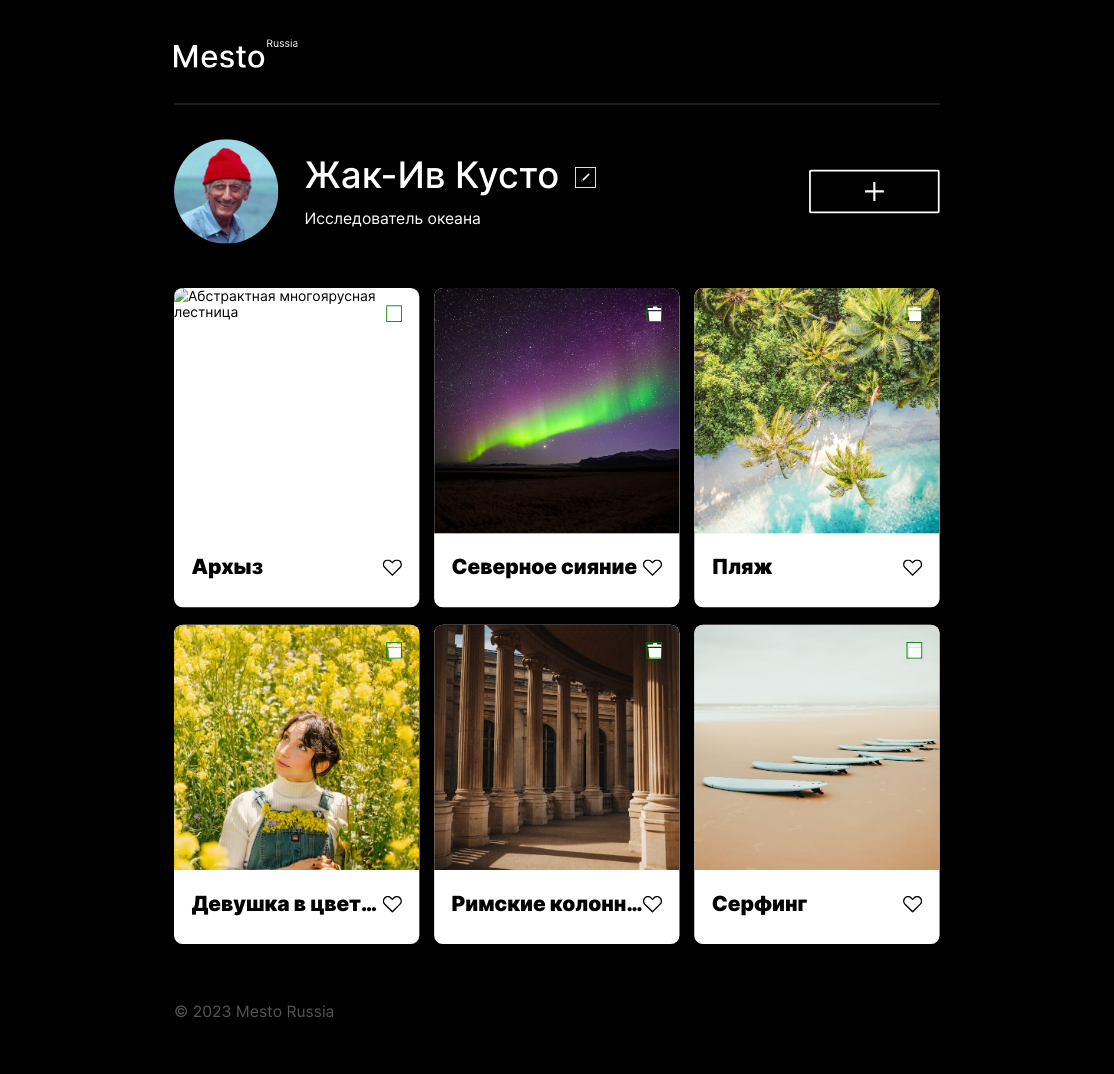
Repository: Dmitry-Rusinov/mesto
Page: index.html
The author's editor kept a copy of each file at every save. The page is drawn from the files as they stood at one save, then again after the next save.
The browser window is 1280 px wide. The pictures show the whole page, at 87% of full size.
Pictures or frames that could not be fetched are drawn as grey boxes.

Above is the page before, as saved 2023-05-12 14:03:59.

### index.html
<!DOCTYPE html>
<html lang="ru">
  <head>
    <meta charset="UTF-8" />
    <meta name="viewport" content="width=device-width, initial-scale=1.0" />
    <link rel="stylesheet" href="./pages/index.css" />
    <title>Третий проект Яндекс.Практикум "Место"</title>
  </head>
  <body class="page">
    <div class="content">
      <header class="header">
        <img
          src="./images/logo.svg"
          alt="Логотип проекта Место.Россия"
          class="header__logo"
        />
      </header>
      <main>
        <section class="profile">
          <img
            src="./images/image.jpg"
            alt="Фотография пользователя"
            class="profile__avatar"
          />
          <div class="profile__info">
            <h1 class="profile__info-title">Жак-Ив Кусто</h1>
            <button
              type="button"
              title="Кнопка редактирования профиля"
              class="profile__edit-button"
            ></button>
            <p class="profile__subtitle">Исследователь океана</p>
          </div>
          <button
            type="button"
            title="Кнопка добавления фото-карточки"
            class="profile__add-button"
          ></button>
        </section>
        <section class="elements">
          <ul class="elements__card">
            <li class="elements__card-content">
              <img
                src="./images/andrea-de-santis-Hu1ixxtInvs-unsplash.jpg"
                alt="Абстрактная многоярусная лестница"
                class="elements__picture"
              />
              <button type="button" title="Кнопка удаления карточки" class="elements__button-delete"></button>
              <div class="elements__description">
                <div class="elements__container">
                  <h2 class="elements__title">Лестница</h2>
                  <button
                    type="button"
                    title="Кнопка лайка картинки"
                    class="elements__button-like"
                  ></button>
                </div>
              </div>
            </li>
            <li class="elements__card-content">
              <img
                src="./images/david-becker-pEqvRg-o-PY-unsplash.jpg"
                alt="Северное сияние"
                class="elements__picture"
              />
              <button type="button" title="Кнопка удаления карточки" class="elements__button-delete"></button>
              <div class="elements__description">
                <div class="elements__container">
                  <h2 class="elements__title">Северное сияние</h2>
                  <button
                    type="button"
                    title="Кнопка лайка картинки"
                    class="elements__button-like"
                  ></button>
                </div>
              </div>
            </li>
            <li class="elements__card-content">
              <img
                src="./images/hamdhulla-shakeeb-S98UHzzXq_E-unsplash.jpg"
                alt="Пляж с пальмами и голубой водой"
                class="elements__picture"
              />
              <button type="button" title="Кнопка удаления карточки" class="elements__button-delete"></button>
              <div class="elements__description">
                <div class="elements__container">
                  <h2 class="elements__title">Пляж</h2>
                  <button
                    type="button"
                    title="Кнопка лайка картинки"
                    class="elements__button-like"
                  ></button>
                </div>
              </div>
            </li>
            <li class="elements__card-content">
              <img
                src="./images/josh-hild-znpfVkfxRgk-unsplash.jpg"
                alt="Девушка с удивленным взглядом в поле цветов"
                class="elements__picture"
              />
              <button type="button" title="Кнопка удаления карточки" class="elements__button-delete"></button>
              <div class="elements__description">
                <div class="elements__container">
                  <h2 class="elements__title">Девушка в цветах</h2>
                  <button
                    type="button"
                    title="Кнопка лайка картинки"
                    class="elements__button-like"
                  ></button>
                </div>
              </div>
            </li>
            <li class="elements__card-content">
              <img
                src="./images/mat-5DDrT2ioNuI-unsplash.jpg"
                alt="Римские колонны"
                class="elements__picture"
              />
              <button type="button" title="Кнопка удаления карточки" class="elements__button-delete"></button>
              <div class="elements__description">
                <div class="elements__container">
                  <h2 class="elements__title">Римские колонны</h2>
                  <button
                    type="button"
                    title="Кнопка лайка картинки"
                    class="elements__button-like"
                  ></button>
                </div>
              </div>
            </li>
            <li class="elements__card-content">
              <img
                src="./images/shana-van-roosbroek-nkS1Y4KsEAw-unsplash.jpg"
                alt="Доски для серфинга на пляже"
                class="elements__picture"
              />
              <button type="button" title="Кнопка удаления карточки" class="elements__button-delete"></button>
              <div class="elements__description">
                <div class="elements__container">
                  <h2 class="elements__title">Серфинг</h2>
                  <button
                    type="button"
                    title="Кнопка лайка картинки"
                    class="elements__button-like"
                  ></button>
                </div>
              </div>
            </li>
          </ul>
        </section>
      </main>
      <footer class="footer">
        <p class="footer__text">© 2023 Mesto Russia</p>
      </footer>
    </div>
    <div class="popup">
      <div class="popup__container">
        <button
          type="button"
          class="popup__closed"
          title="Кнопка закрытия формы"
        ></button>
        <h2 class="popup__title">Редактировать профиль</h2>
        <form name="form" class="popup__form">
          <fieldset class="popup__content">
            <input
              class="popup__input popup__input_user_name"
              type="text"
              id="user-name"
              placeholder="Как вас зовут?"
              minlength="1"
              maxlength="200"
              name="name"
            />
            <input
              class="popup__input popup__input_user_job"
              type="text"
              id="description"
              placeholder="Дополнитерьная информация"
              minlength="1"
              maxlength="400"
              name="job"
            />
          </fieldset>
          <button type="submit" class="popup__submit" value="eddit">
            Сохранить
          </button>
        </form>
      </div>
    </div>
    <script src="./scripts/index.js"></script>
  </body>
</html>

### blocks/page/page.css
.page {
  font-family: "Inter", Helvetica, Arial, sans-serif;
  background-color: #000000;
  -webkit-text-size-adjust: 100%;
  -ms-text-size-adjust: 100%;
  -moz-text-size-adjust: 100%;
  -webkit-font-smoothing: antialiased;
  -moz-osx-font-smoothing: grayscale;
  text-rendering: optimizeLegibility;
  margin: 0 auto;
  width: 100%;
}

### blocks/content/content.css
.content {
  max-width: calc(1280px - 2 * 200px);
  width: calc(100% - 2 * 200px);
  margin: 45px auto 60px;
  position: relative;
}

@media screen and (max-width: 1279px) {
  .content {
    max-width: calc(1279px - 2 * 15.6%);
    width: calc(100% - 2 * 15.6%);
  }
}

@media screen and (max-width: 768px) {
  .content {
    max-width: calc(768px - 2 * 6%);
    width: calc(100% - 2 * 6%);
    margin: 28px auto 36px;
  }
}

@media screen and (max-width: 320px) {
  .content {
    width: 100%;
  }
}

### blocks/header/header.css
.header {
  display: flex;
  flex-direction: column;
  justify-content: space-between;
  margin: 0;
  border-bottom: 1px solid rgba(84, 84, 84, 0.7);
}

### blocks/header/__logo/header__logo.css
.header__logo {
  object-fit: contain;
  margin-bottom: 41px;
  max-width: 142px;
}

@media screen and (max-width: 320px) {
  .header__logo {
    max-width: 103.74px;
    margin-bottom: 31.6px;
    margin-left: 27px;
  }
}

### blocks/profile/profile.css
.profile {
  display: flex;
  width: 100%;
  margin: 40px auto 0;
  align-items: center;
}
@media screen and (max-width: 980px) {
  .profile {
    flex-direction: column;
  }
}

### blocks/profile/__avatar/profile__avatar.css
.profile__avatar {
  object-fit: cover;
  border-radius: 50%;
  width: 120px;
  height: 120px;
  margin-right: 30px;
  padding: 0;
}

@media screen and (max-width: 980px) {
  .profile__avatar {
    margin: 0 auto 26px;
  }
}

### blocks/profile/__info/profile__info.css
.profile__info {
  display: grid;
  grid-template-columns: 1fr 24px;
  column-gap: 18px;
  row-gap: 16px;
  align-items: baseline;
  box-sizing: border-box;
  max-width: 336px;
}

@media screen and (max-width: 980px) {
  .profile__info {
    margin: 0 auto 36px;
  }
}

@media screen and (max-width: 425px) {
  .profile__info {
    grid-template-columns: 1fr 18px;
    column-gap: 14px;
    row-gap: 10px;
  }
}

### blocks/profile/__info-title/profile__info-title.css
.profile__info-title {
  color: white;
  font-style: normal;
  font-weight: 500;
  font-size: 42px;
  line-height: 48px;
  margin: 0;
  padding: 0;
  text-overflow: ellipsis;
  white-space: nowrap;
  overflow: hidden;
  vertical-align: baseline;
}

@media screen and (max-width: 980px) {
  .profile__info-title {
    text-align: center;
  }
}

@media screen and (max-width: 425px) {
  .profile__info-title {
    font-size: 27px;
    line-height: 33px;
  }
}

### blocks/profile/__subtitle/profile__subtitle.css
.profile__subtitle {
  font-style: normal;
  font-weight: 400;
  font-size: 18px;
  line-height: 1.22;
  margin: 0;
  padding: 0;
  color: #ffffff;
  text-overflow: ellipsis;
  white-space: nowrap;
  overflow: hidden;
}

@media screen and (max-width: 980px) {
  .profile__subtitle {
    text-align: center;
    grid-column: 1 / 3;
  }
}

@media screen and (max-width: 425px) {
  .profile__subtitle {
    font-size: 14px;
    line-height: 17px;
  }
}

### blocks/elements/elements.css
.elements {
  margin: 51px auto 0;
}

@media screen and (max-width: 425px) {
  .elements {
    margin: 36px auto 0;
  }
}

### blocks/elements/__card/elements__card.css
.elements__card {
  list-style: none;
  display: grid;
  grid-template-columns: repeat(3, 1fr);
  column-gap: 17px;
  row-gap: 20px;
  margin: 0;
  padding: 0;
}

@media screen and (max-width: 1279px) {
  .elements__card {
    grid-template-columns: repeat(2, 1fr);
    max-width: max-content;
    margin: 0 auto;
  }
}

@media screen and (max-width: 980px) {
  .elements__card {
    grid-template-columns: 1fr;
  }
}

### blocks/elements/__button-like/elements__button-like.css
.elements__button-like {
  background-image: url(../../../images/botton-like.svg);
  width: 22px;
  height: 19px;
  border: 0;
  background-color: transparent;
  cursor: pointer;
  transition: opacity 0.6s;
}

.elements__button-like:hover {
  opacity: 0.5;
}

.elements__button-like:active {
  background-image: url(../../../images/button-like-active.svg);
  opacity: 1;
}

### blocks/elements/__card-content/elements__card-content.css
.elements__card-content {
  display: flex;
  position: relative;
  flex-direction: column;
  border-radius: 10px;
  margin: 0;
  padding: 0;
  overflow: hidden;
  background: #FFFFFF;
}

### blocks/elements/__container/elements__container.css
.elements__container {
  display: flex;
  justify-content: space-between;
  margin: 25px 20px 31px;
  align-items: center;
}

### blocks/elements/__picture/elements__picture.css
.elements__picture {
  height: 282px;
  width: 100%;
  object-fit: cover;
}

### blocks/elements/__title/elements__title.css
.elements__title {
  font-style: normal;
  font-weight: 900;
  font-size: 1.5em;
  line-height: 1.2;
  margin: 0;
  padding: 0;
  max-width: 220px;
  text-overflow: ellipsis;
  white-space: nowrap;
  overflow: hidden;
}

### blocks/elements/__button-delete/elements__button-delete.css
.elements__button-delete {
  position: absolute;
  background-image: url(../../../images/deleteCard-basket.svg);
  cursor: pointer;
  top: 20px;
  right: 20px;
  width: 18px;
  height: 19px;
  border: 1px solid green;
  background-color: transparent;
  background-repeat: no-repeat;
  transition: opacity 0.6s;
}

.elements__button-delete:hover {
  opacity: 0.6;
}

### blocks/footer/footer.css
.footer {
  max-width: 318px;
  margin-top: 67px;
  margin-right: auto;
}

@media screen and (max-width: 425px) {
  .footer {
    margin-top: 48px;
  }
}

### blocks/footer/__text/footer__text.css
.footer__text {
  font-style: normal;
  font-weight: 400;
  font-size: 18px;
  line-height: 22px;
  color: #545454;
  margin: 0;
  padding: 0;
}

@media screen and (max-width: 320px) {
  .footer__text {
    font-size: 14px;
    line-height: 17px;
    margin: 0 19px;
  }
}

### blocks/popup/popup.css
.popup {
  position: fixed;
  top: 0;
  left: 0;
  z-index: 5;
  width: 100%;
  height: 100%;
  display: none;
  background-color: rgba(0, 0, 0, 0.5);
  justify-content: center;
  align-items: center;
}

### blocks/popup/__title/popup__title.css
.popup__title {
  font-style: normal;
  font-weight: 900;
  font-size: 24px;
  line-height: 29px;
  margin: 0;
  padding: 0;
}

@media screen and (max-width: 768px) {
  .popup__title {
    font-size: 18px;
    line-height: 22px;
  }
}

### blocks/popup/__input/popup__input.css
.popup__input {
  border: none;
  border-bottom: 1px solid rgba(0, 0, 0, 0.2);
  padding: 13px 0 10px;
  margin: 0 0 17px;
  width: 100%;
  font-style: normal;
  font-weight: 400;
  font-size: 14px;
  line-height: 17px;
}

### blocks/popup/__form/popup__form.css
.popup__form {
  display: flex;
  flex-direction: column;
  box-sizing: border-box;
  margin-top: 35px;
}

@media screen and (max-width: 768px) {
  .popup__form {
    margin-top: 62px;
  }
}

### blocks/popup/__content/popup__content.css
.popup__content {
  padding: 0;
  margin: 0 0 31px;
  border: none;
  flex-direction: column;
}
@media screen and (max-width: 768px) {
  .popup__content {
    margin: 0;
  }
}

### blocks/popup/__container/popup__container.css
.popup__container {
  border-radius: 10px;
  background: #fff;
  width: 358px;
  position: relative;
  box-shadow: 0px 0px 25px rgba(0, 0, 0, 0.15);
  flex-direction: column;
  z-index: 5;
  padding: 34px 36px 37px;
}

@media screen and (max-width: 768px) {
  .popup__container {
    width: 238px;
    padding: 25px 22px;
  }
}

### blocks/popup/__closed/popup__closed.css
.popup__closed {
  position: absolute;
  top: -40px;
  right: -40px;
  transition: opacity 0.6s;
  cursor: pointer;
  background-image: url(../../../images/close-icon.svg);
  height: 32px;
  width: 32px;
  background-color: transparent;
  border: none;
}

.popup__closed:hover {
  opacity: 0.6;
}

@media screen and (max-width: 768px) {
  .popup__closed {
    top: -36px;
    right: 0;
    background-image: url(../../../images/close-icon-mini.svg);
    height: 20px;
    width: 20px;
  }
}

### scripts/index.js
const buttonPopupOpen = document.querySelector('.profile__edit-button');
const popup = document.querySelector('.popup');
const buttonPopupClosed = document.querySelector('.popup__closed');
let formElement = document.querySelector('.popup__form');
let nameInput = document.querySelector('.popup__input_user_name');
let jobInput = document.querySelector('.popup__input_user_job');
let newNameInput = document.querySelector('.profile__info-title');
let newJobInput = document.querySelector('.profile__subtitle');

const togglePopupState = (popupToToggle) => popupToToggle.classList.toggle('popup_opened');

buttonPopupOpen.addEventListener('click', () => {
  togglePopupState(popup);
  nameInput.value = newNameInput.textContent;
  jobInput.value = newJobInput.textContent;
});

buttonPopupClosed.addEventListener('click', () => togglePopupState(popup));
/*popup.addEventListener('click', (evt) => {
  if (evt.target === evt.currentTarget) {
    togglePopupState(popup)
  }
})*/

function handleFormSubmit (evt) {
    evt.preventDefault();
    newNameInput.textContent = nameInput.value;
    newJobInput.textContent = jobInput.value;
    togglePopupState(popup);
}
// Прикрепляем обработчик к форме:
// он будет следить за событием “submit” - «отправка»
formElement.addEventListener('submit', handleFormSubmit);

const elementsCard = document.querySelector('.elements__card');
const elementsCardContent = document.querySelector('.elements__card-content').content;
//const elementsPicture = document.querySelector('.elements__picture');
//const elementsTitle = document.querySelector('.elements__title');


const initialCards = [
  {
    name: 'Архыз',
    link: 'https://pictures.s3.yandex.net/frontend-developer/cards-compressed/arkhyz.jpg'
  },
  {
    name: 'Челябинская область',
    link: 'https://pictures.s3.yandex.net/frontend-developer/cards-compressed/chelyabinsk-oblast.jpg'
  },
  {
    name: 'Иваново',
    link: 'https://pictures.s3.yandex.net/frontend-developer/cards-compressed/ivanovo.jpg'
  },
  {
    name: 'Камчатка',
    link: 'https://pictures.s3.yandex.net/frontend-developer/cards-compressed/kamchatka.jpg'
  },
  {
    name: 'Холмогорский район',
    link: 'https://pictures.s3.yandex.net/frontend-developer/cards-compressed/kholmogorsky-rayon.jpg'
  },
  {
    name: 'Байкал',
    link: 'https://pictures.s3.yandex.net/frontend-developer/cards-compressed/baikal.jpg'
  }
];

const elementsInfo = initialCards.map((item) => {
  return {
    name: item.name,
    link: item.link
  };
});
//document.querySelectorAll('.elements__card-content')
function createCard({name, link}) {
  const changedElements = document.querySelector('.elements__card').cloneNode(true);
  changedElements.querySelector('.elements__title').textContent = name;
  changedElements.querySelector('.elements__picture').src = link;
  elementsCard.replaceWith(changedElements);
}

function create() {
  elementsInfo.forEach(createCard);
}

create();

Loaded but not shown: vendor/normalize.css (library); blocks/popup/_opened/popup_opened.css (common file); pages/index.css (42 lines, source omitted); blocks/profile/__add-button/profile__add-button.css (40 lines, source omitted); vendor/fonts.css (24 lines, source omitted); blocks/popup/__submit/popup__submit.css (29 lines, source omitted); blocks/profile/__edit-button/profile__edit-button.css (25 lines, source omitted)

After the next save:
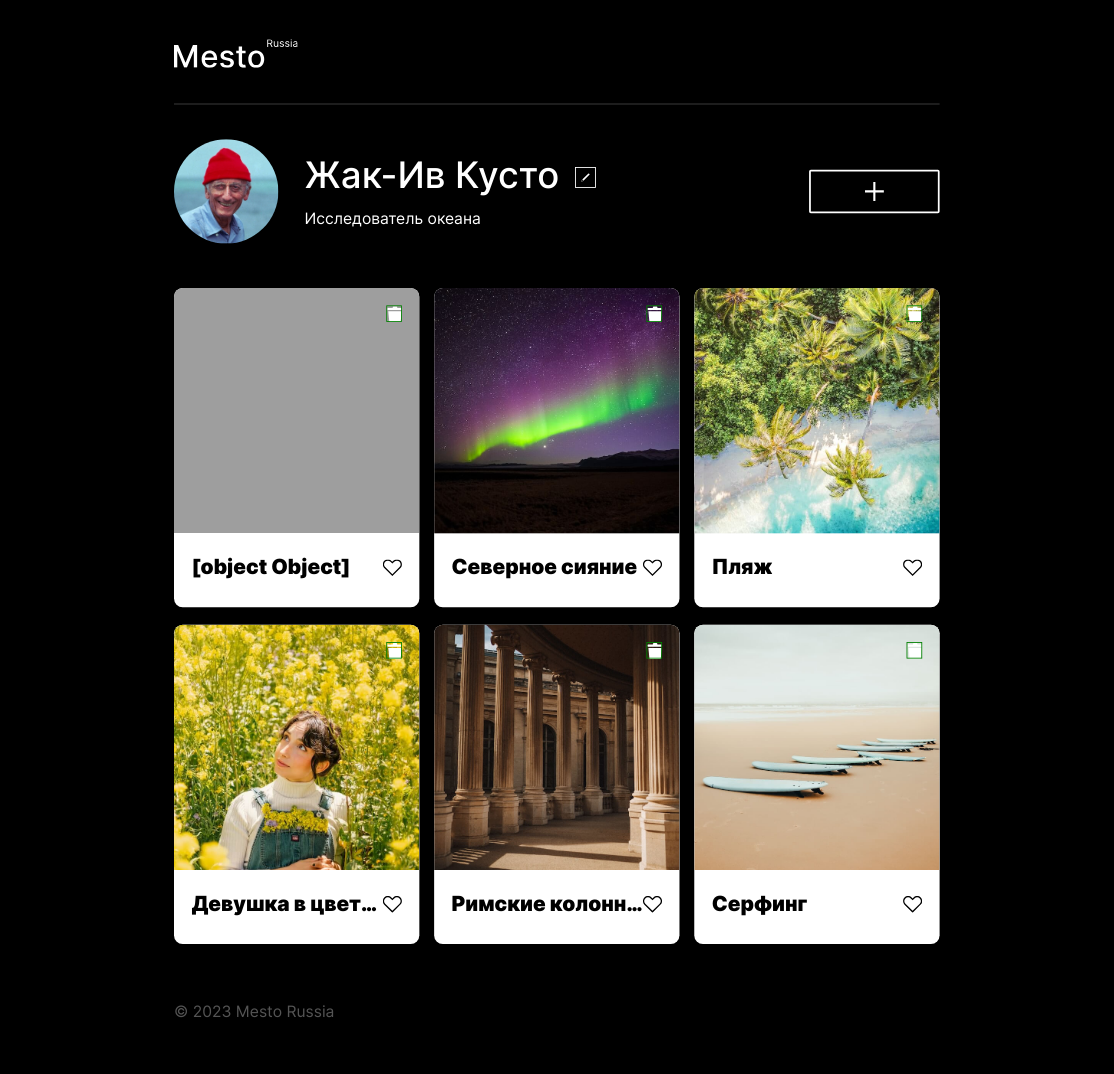
Saved 64 s later.
--- a/scripts/index.js
+++ b/scripts/index.js
@@ -71,8 +71,8 @@
     link: item.link
   };
 });
-//document.querySelectorAll('.elements__card-content')
-function createCard({name, link}) {
+
+function createCard(name, link) {
   const changedElements = document.querySelector('.elements__card').cloneNode(true);
   changedElements.querySelector('.elements__title').textContent = name;
   changedElements.querySelector('.elements__picture').src = link;

After the save that followed:
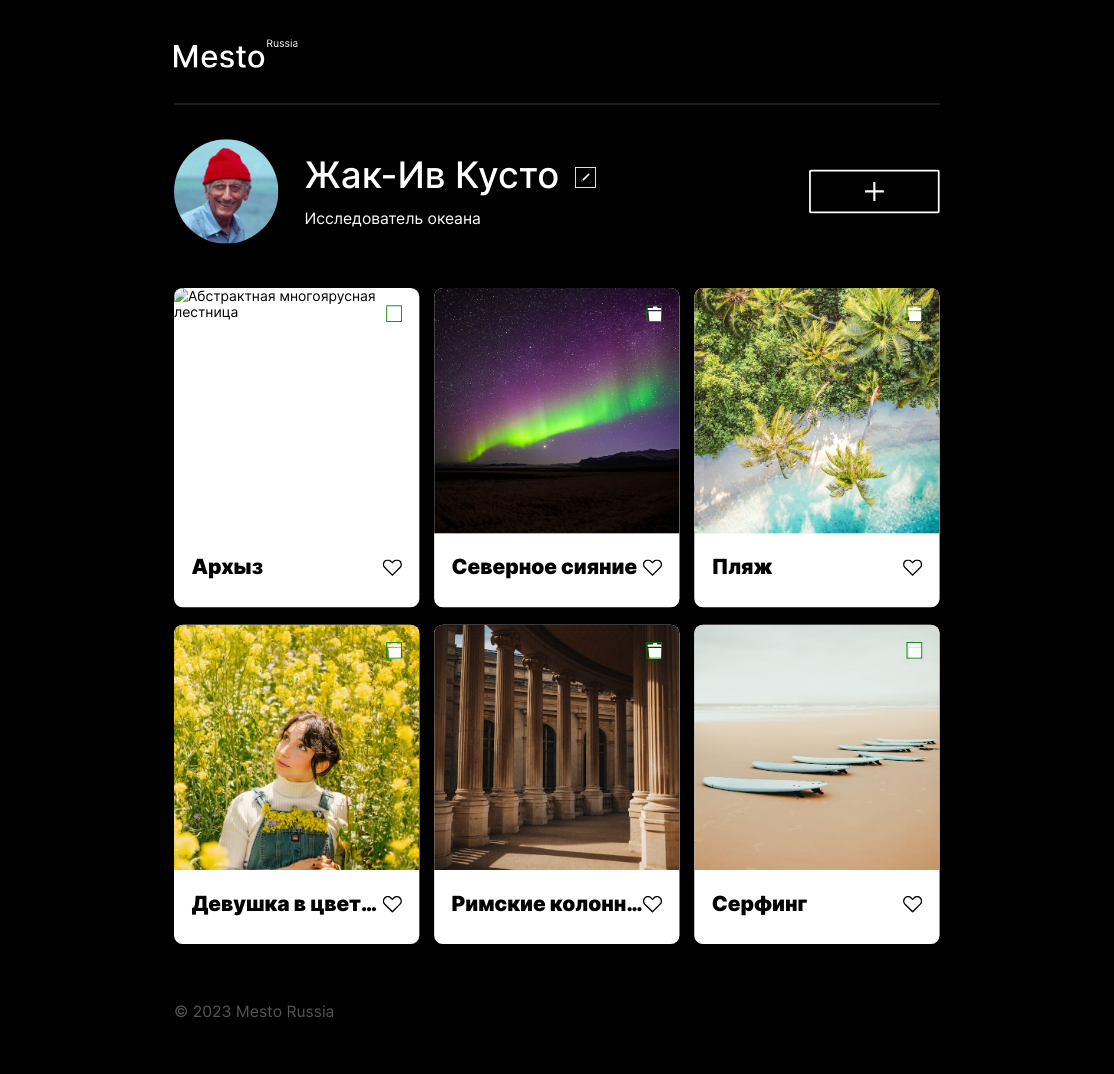
Saved 14 s later.
--- a/scripts/index.js
+++ b/scripts/index.js
@@ -72,7 +72,7 @@
   };
 });
 
-function createCard(name, link) {
+function createCard({name, link}) {
   const changedElements = document.querySelector('.elements__card').cloneNode(true);
   changedElements.querySelector('.elements__title').textContent = name;
   changedElements.querySelector('.elements__picture').src = link;
